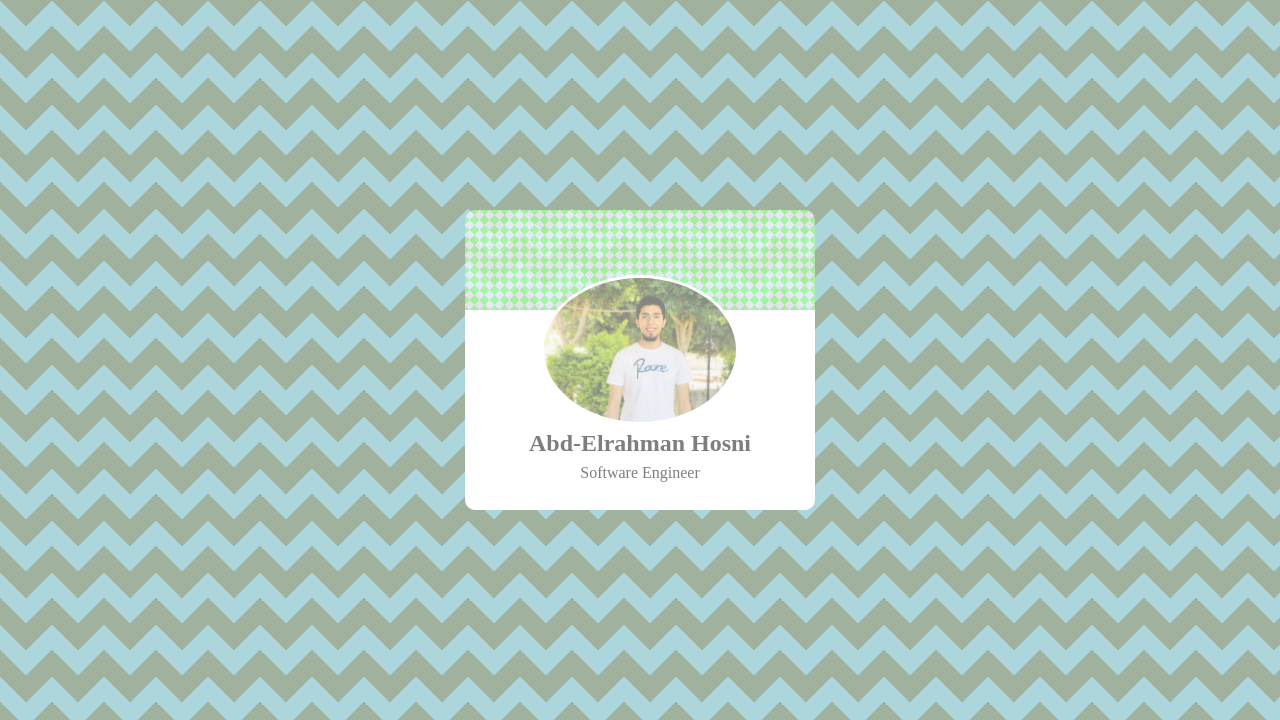
Repository: Abdo-Hosni123/Html-and-css-projects
Page: index.html
The author's editor kept a copy of each file at every save. The page is drawn from the files as they stood at one save, then again after the next save.
The browser window is 1280 px wide. The pictures show the whole page.

Above is the page before, as saved 2023-12-05 22:33:53.

### index.html
<!DOCTYPE html>
<html lang="en">
<head>
    <meta charset="UTF-8">
    <meta name="viewport" content="width=device-width, initial-scale=1.0">
    <title>Abd-Elrahman Honsi's profile component</title>
    <link rel="stylesheet" href="Style.css">
</head>
<body>
    <div class="container">
        <article class="card">
            <div class="top"></div>
            <div class="middle">
                <img src="./assets/mypicture.jpg" alt="picture of Abdelrahman Hosni" class="card-img">
                <h2>Abd-Elrahman Hosni</h2>
                <p>Software Engineer</p>
            </div>
            <div class="bottom"></div>
        </article>

    </div>
</body>
</html>

### Style.css

*, *::before, *::after {
box-sizing: border-box;
}
* {
margin: 0;
}
body {
line-height: 1.5;
-webkit-font-smoothing: antialiased;
}

img, picture, video, canvas, svg {
display: block;
max-width: 100%;
}

input, button, textarea, select {
font: inherit;
}

p, h1, h2, h3, h4, h5, h6 {
overflow-wrap: break-word;
}

#root, #__next {
isolation: isolate;
}
.container{
    display: flex;
    align-items: center;
    justify-content: center;
    min-height: 100vh;
    background-color: #5bacba;
    opacity: 0.5;
    background-image:  linear-gradient(135deg, #446740 25%, transparent 25%), linear-gradient(225deg, #446740 25%, transparent 25%), linear-gradient(45deg, #446740 25%, transparent 25%), linear-gradient(315deg, #446740 25%, #5bacba 25%);
    background-position:  26px 0, 26px 0, 0 0, 0 0;
    background-size: 52px 52px;
    background-repeat: repeat;

}
.card {
    display: flex;
    flex-direction: column;
    min-width: 350px;
    border-radius: 10px;
    overflow: hidden;
}
.top {
    height: 100px;
    background-color: #e5e5f7;
    opacity: 0.8;
    background-image:  linear-gradient(135deg, #58f745 25%, transparent 25%), linear-gradient(225deg, #58f745 25%, transparent 25%), linear-gradient(45deg, #58f745 25%, transparent 25%), linear-gradient(315deg, #58f745 25%, #e5e5f7 25%);
    background-position:  10px 0, 10px 0, 0 0, 0 0;
    background-size: 10px 10px;
    background-repeat: repeat;
    z-index: 1;
}
.middle{
    display: flex;
    flex-direction: column;
    justify-content: center;
    align-items: center;
    background-color: white;
    height: 200px;
}
.card-img{
    margin-top: -60px;
    border-radius: 50%;
    border: 3px solid white;
    height: 150px;
    z-index: 2;

}

After the next save:
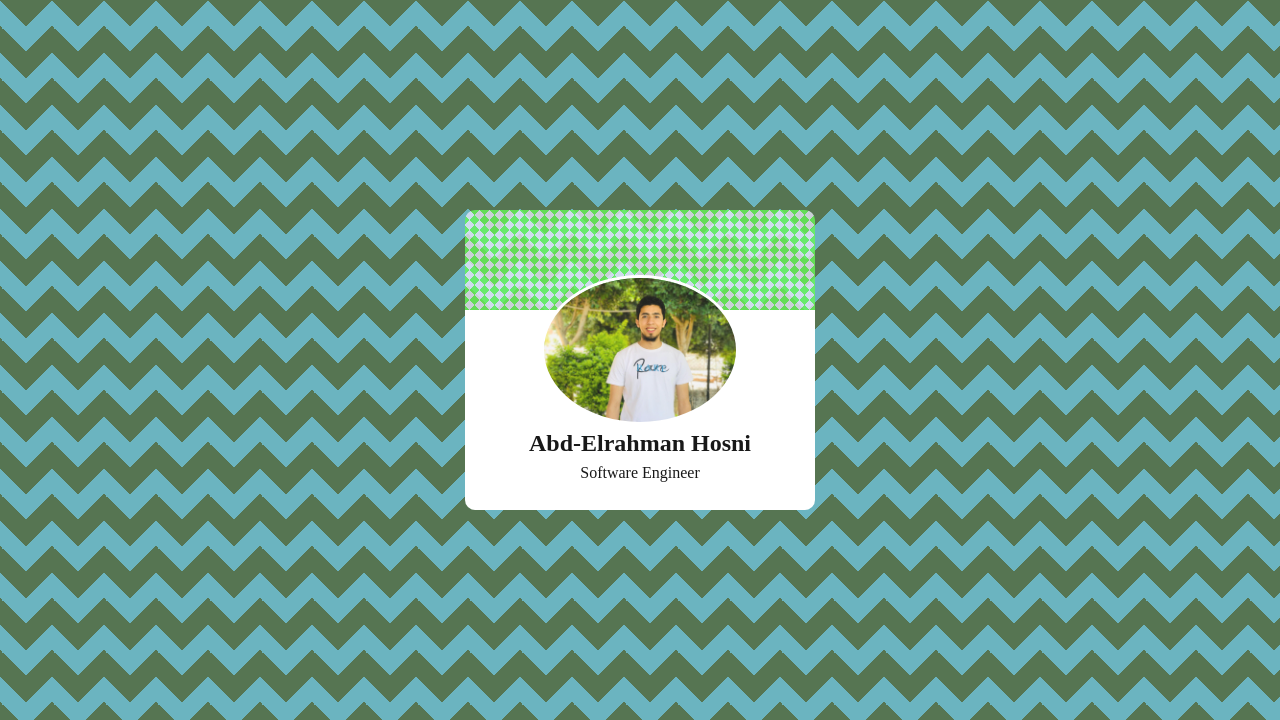
Saved 15 s later.
--- a/Style.css
+++ b/Style.css
@@ -32,7 +32,7 @@ isolation: isolate;
     justify-content: center;
     min-height: 100vh;
     background-color: #5bacba;
-    opacity: 0.5;
+    opacity: 0.9;
     background-image:  linear-gradient(135deg, #446740 25%, transparent 25%), linear-gradient(225deg, #446740 25%, transparent 25%), linear-gradient(45deg, #446740 25%, transparent 25%), linear-gradient(315deg, #446740 25%, #5bacba 25%);
     background-position:  26px 0, 26px 0, 0 0, 0 0;
     background-size: 52px 52px;
